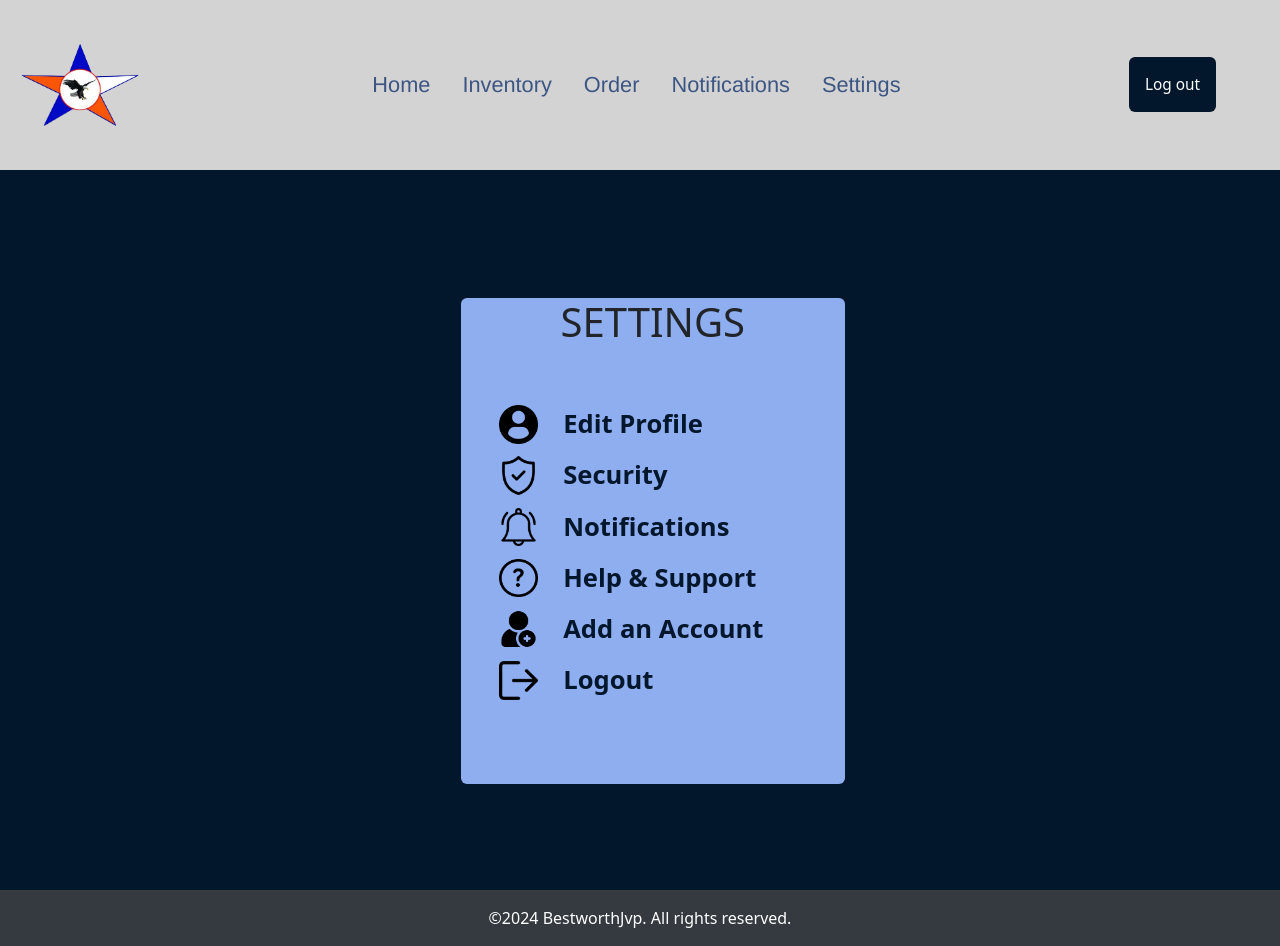
Repository: OVictor21/inventory
Page: /Setting
These files come from the project's save history. The page is drawn as it stood at one moment and after the next save; the edit follows.
The browser window is 1280 px wide. The pictures show the whole page.
The project was rebuilt for these pictures with package versions that can differ from the ones it lists, and the page was loaded fresh each time. Also part of the build but not shown: src/components/login.jsx, src/components/signup.jsx, src/components/reset1.jsx, src/components/reset2.jsx, src/pages/Admin.jsx.

Above is the page before, as saved 2024-12-16 19:57:03.

After the next save:
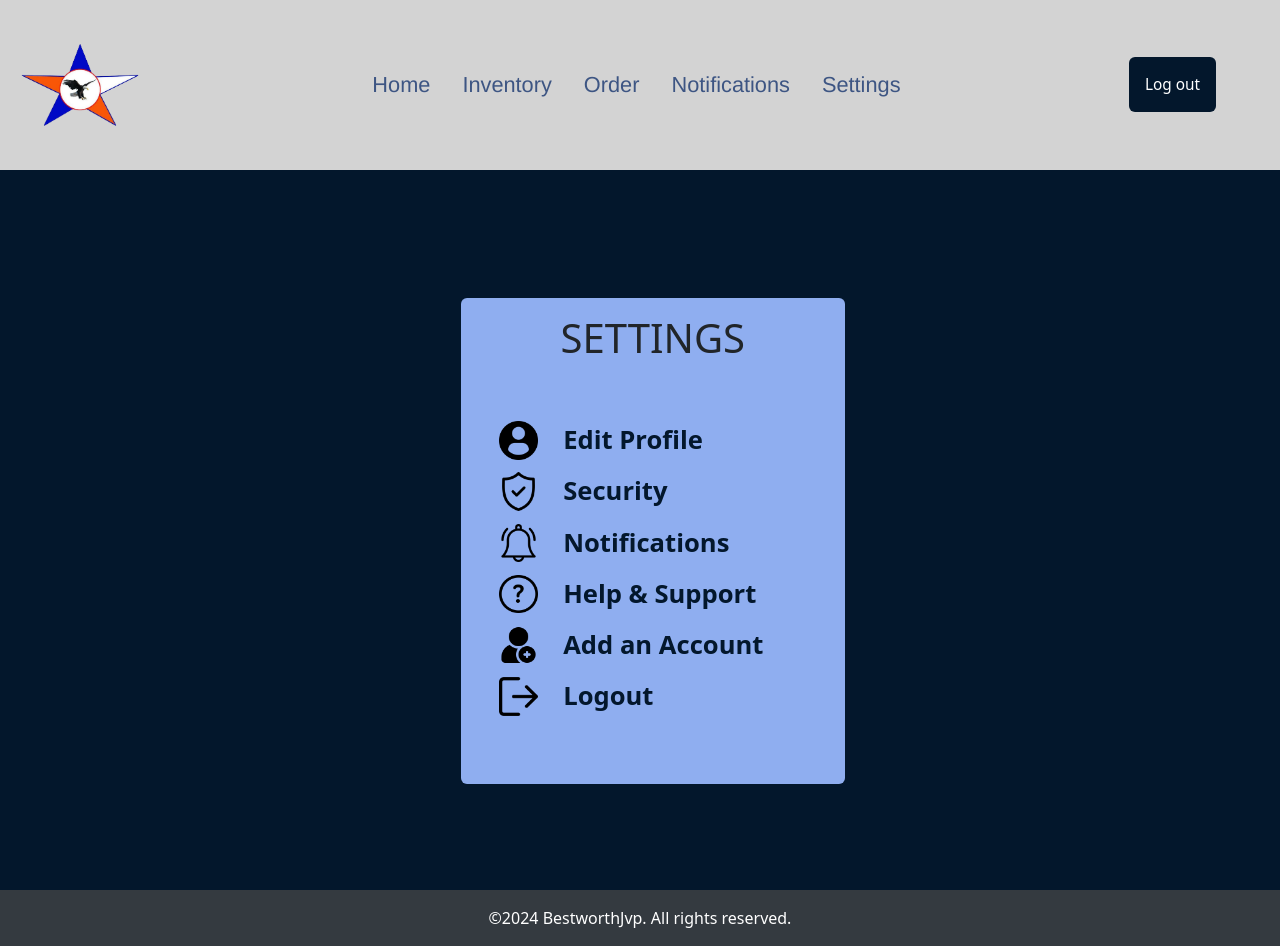
Saved 9 s later.
--- a/src/pages/setting.jsx
+++ b/src/pages/setting.jsx
@@ -6,7 +6,7 @@ const Setting = () => {
     <Navbar/>
     <div className="setting-body min-vh-100 d-flex flex-column position-relative ">
         <div className="setting justify-content-center rounded-2 mb-4 position-absolute ">
-          <h1 className="text-center">SETTINGS</h1>
+          <h1 className="text-center mt-3">SETTINGS</h1>
           <div className="user-logo position-relative ">
 
             <img className="d-block w-100 position-absolute profile-logo" src="/user.png" alt="Logo" />
